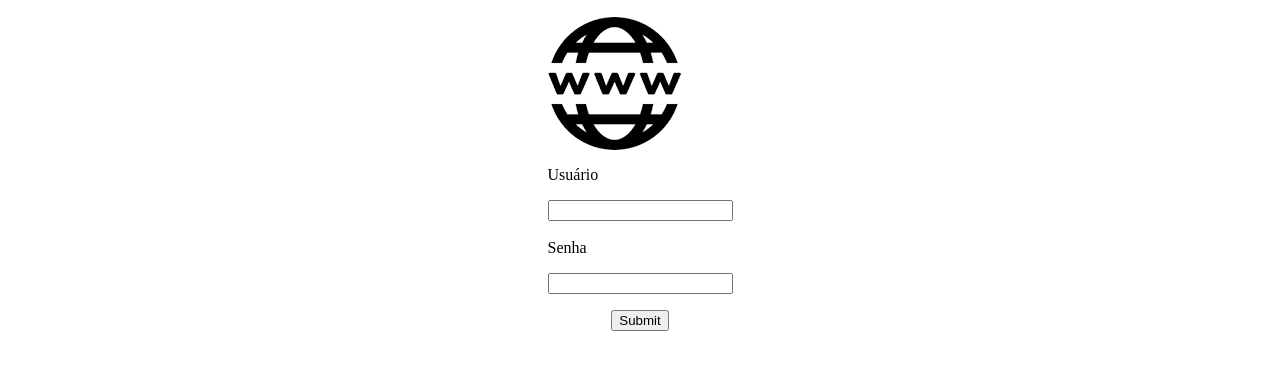
Repository: leonerdy-666/Estudos
Page: http://localhost/JavaWeb/Site.jsp
An editor plug-in stored every save of this project. The page is shown before and after the next save, followed by the edit.
The browser window is 1280 px wide. The pictures show the whole page.
The page is served by Tomcat 9.

Above is the page before, as saved 2023-04-10 23:23:52.

After the next save:
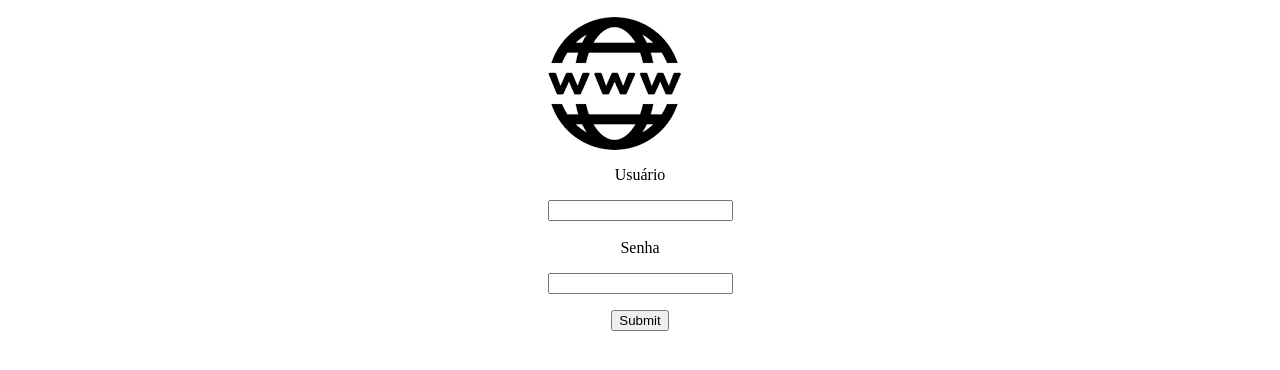
Saved 32 s later.
--- a/Udemy/Projeto/JavaWeb/src/main/webapp/Site.jsp
+++ b/Udemy/Projeto/JavaWeb/src/main/webapp/Site.jsp
@@ -15,14 +15,14 @@
 			</tr>
 
 			<tr>
-				<td>Usuário</td>
+				<td align="center">Usuário</td>
 			</tr>
 			<tr>
 				<td><input type="text" name="txtUsuario" /></td>
 			</tr>
 			<tr>
 			<tr>
-				<td>Senha</td>
+				<td align="center">Senha</td>
 			</tr>
 			<tr>
 				<td><input type="text" name="txtSenha" /></td>
